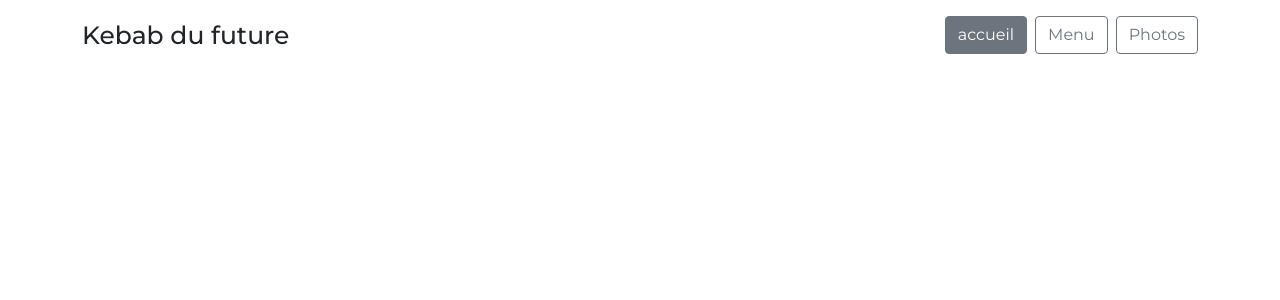
Repository: phbord/THP-js-exercices-manipulation-DOM
Page: index.html
The author's editor kept a copy of each file at every save. The page is drawn from the files as they stood at one save, then again after a run of saves.
The browser window is 1280 px wide. The pictures show the whole page.

Above is the page before, as saved 2021-07-19 11:03:34.

### index.html
<!DOCTYPE HTML>
<html lang="fr">
    <head>
        <title></title>
        <meta charset="utf-8">
        <link href="https://cdn.jsdelivr.net/npm/bootstrap@5.0.2/dist/css/bootstrap.min.css"
                rel="stylesheet"
                integrity="sha384-EVSTQN3/azprG1Anm3QDgpJLIm9Nao0Yz1ztcQTwFspd3yD65VohhpuuCOmLASjC"
                crossorigin="anonymous">
        <link rel="stylesheet" href="./styles/main.css">
    </head>
    <body>
        <!-- HEADER -->
        <header class="py-3">
            <nav class="container d-flex align-items-center justify-content-between">
                <div class="me-5" href="#">
                    <h1>Kebab du future</h1>
                </div>
                <ul class="d-flex">
                    <li class="me-2">
                        <a class="btn btn-secondary" href="#">accueil</a>
                    </li>
                    <li class="me-2">
                        <a class="btn btn-outline-secondary" href="#">Menu</a>
                    </li>
                    <li>
                        <a class="btn btn-outline-secondary" href="#">Photos</a>
                    </li>
                </ul>
            </nav>
        </header>

        <!-- ACCUEIL -->

        <!-- MENU -->

        <!-- PHOTOS -->


        <!-- SCRIPTS -->
        <script src="./scripts/main.js"></script>
    </body>
</html>

### styles/main.css
@import url('https://fonts.googleapis.com/css2?family=Montserrat:wght@100;200;300;400;500;600;700;800;900&display=swap');

body {
    font-family: Montserrat;
}

ul,li {
    margin: 0;
    padding: 0;
    list-style: none;
}

header h1 {
    margin: 0;
    font-size: 25px;
}

Loaded but not shown: scripts/main.js (no copy from this time; the picture is the same without it)

After the next 3 saves:
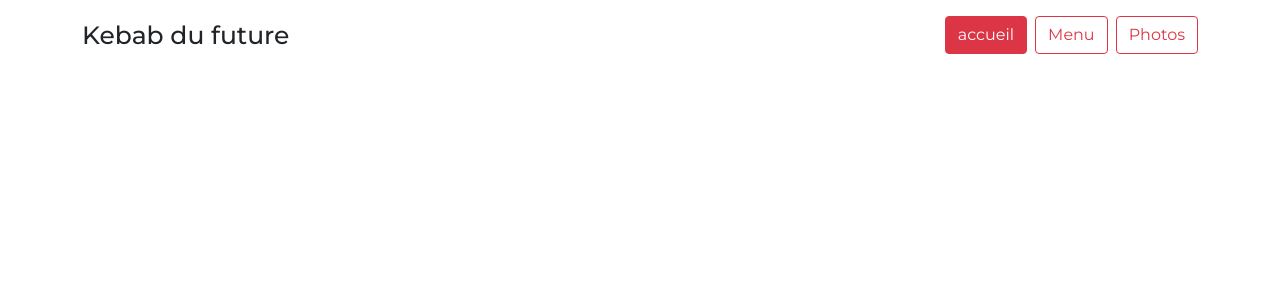
The 3 saves are shown as one change because they came seconds apart.
The last was saved 18 s later.
--- a/index.html
+++ b/index.html
@@ -18,13 +18,13 @@
                 </div>
                 <ul class="d-flex">
                     <li class="me-2">
-                        <a class="btn btn-secondary" href="#">accueil</a>
+                        <a class="btn btn-danger" href="#">accueil</a>
                     </li>
                     <li class="me-2">
-                        <a class="btn btn-outline-secondary" href="#">Menu</a>
+                        <a class="btn btn-outline-danger" href="#">Menu</a>
                     </li>
                     <li>
-                        <a class="btn btn-outline-secondary" href="#">Photos</a>
+                        <a class="btn btn-outline-danger" href="#">Photos</a>
                     </li>
                 </ul>
             </nav>
